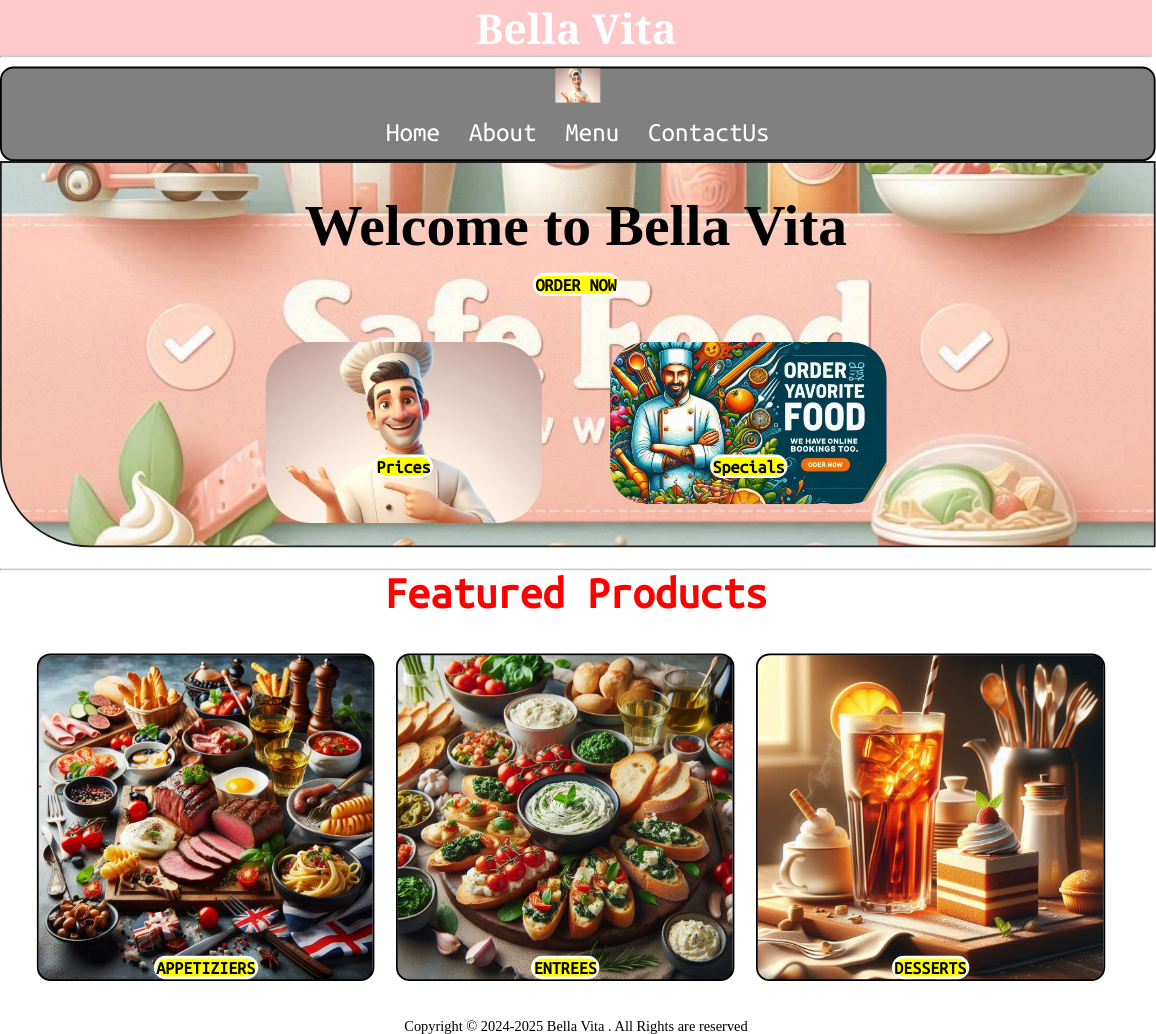
Repository: S12ahana/Food-Ordering-Website
Page: project1/index.html
These files come from the project's save history. The page is drawn as it stood at one moment and after the next save; the edit follows.
The browser window is 1280 px wide. The page is 1284 px wide, so the pictures cover 1284 px, including what lies to the right of the window. The pictures show the whole page, at 90% of full size.

Above is the page before, as saved 2025-07-30 18:36:47.

### project1/index.html
<!DOCTYPE html>
<html lang="en">

<head>
    <meta charset="UTF-8">
    <meta name="viewport" content="width=device-width, initial-scale=1.0">
    <link rel="stylesheet" href="style.css">
    <link
        href="https://fonts.googleapis.com/css2?family=Ubuntu+Mono&display=swap"
        rel="stylesheet">
</head>

<body>
    <header>
        <h1 id="top">Bella Vita</h1>

    </header>
    <hr>
    <nav id="navbar">
        <img src="chef.jpg">
        <ul id="navcontent">
            <li><a href="#">Home</a></li>
            <li><a href="About.html">About</a></li>
            <li><a href="Menu.html">Menu</a></li>
            <li><a href="contact.html">ContactUs</a></li>
        </ul>
    </nav>
    <div id="container1">
        <div id="row1">
            Welcome to Bella Vita
        </div>
        <button class="btn">ORDER NOW</button>
        <div id="container3">
            <div id="row2">
                <button class="btn">Prices</button>
            </div>
            <div id="row3">
                <button class="btn">Specials</button>
            </div>
        </div>
    </div>
    <hr>
    <h1 id="top3">Featured Products</h1>
    <div id="container4">
        <div id="row4">
            <button class="btn">APPETIZIERS</button>
        </div>
        <div id="row5">
            <button class="btn">ENTREES</button>
        </div>
        <div id="row6">
            <button class="btn">DESSERTS</button>
        </div>
    </div>
    <footer>Copyright © 2024-2025 Bella Vita .
        All Rights are reserved</footer>
</body>

</html>

### project1/style.css

* {
    margin: 0px;
    padding: 0px;
}


#top,top1{
    background-color: #FFC9C9;
    color: white;
    text-align: center;
    font-size: 46px;
    font-family: 'Ubuntu Mono', monospace;
    font-family:Georgia, 'Times New Roman', Times, serif
}



/* Navigation bar styling*/

#navbar img {
    display: block;
    width: 50px;
    height: 50px;
    margin: auto;
    margin-bottom: 3px;
}


#navbar {
    display: flex;
    flex-direction: column;
    background-color: gray;
    height: 14vh;
    width: 100vw;
    font-family: 'Ubuntu Mono', monospace;
    margin-top: 10px;
    border: 2px solid black;
    border-radius: 15px;
}


#navcontent {
    display: flex;
    justify-content: center;
    font-size: 30px;
}


ul li {
    list-style: none;
    margin: 15px;
    border-radius: 20px;
}

ul li a {
    padding: 1px;
    color: white;
    text-decoration: none;
    border-radius: 10px;
}

ul li a:hover {
    background-color: red;
    border-radius: 10px;
}


#container1 {
    position: relative;
    display: flex;
    flex-direction: column;
    align-items: center;
    width: 100vw;
    height: 63vh;
}


#container1::before {
    content: '';
    background: url("safe.jpg") no-repeat center center/cover;
    width: 100vw;
    height: 59vh;
    position: absolute;
    top: 0px;
    left: 0px;
    font-family: 'Ubuntu Mono', monospace;
    margin-right: 45px;
    font-weight: bold;
    z-index: -1;
    opacity: 0.89;
    border: 2px solid black;
    border-bottom-left-radius: 100px;
}

#row1 {
    color: black;
    font-weight: bold;
    font-size: 4rem;
    text-align: center;
    margin-top: 35px;
}

.btn {
    margin-top: 15px;
    border: 3px solid white;
    border-radius: 15px;
    background-color: yellow;
    font-size: 20px;
    font-weight: bold;
    font-family: 'Ubuntu Mono', monospace;
}

.btn:hover {
    cursor: pointer;
    background-color: red;
}

#container3 {
    display: flex;
    justify-content: space-evenly;
}

#row2 {
    width: 24vw;
    height: 21vh;
    /* box-shadow: 2px 7px 16px 19px; */
    margin-top: 51px;
    margin-bottom: 51px;
    display: flex;
    justify-content: center;
    align-items: flex-end;
    position: relative;
    margin-right: 38px;
    border-radius: 40px;
}

#row2::before {
    content: '';
    background: url('chef.jpg') no-repeat center center/cover;
    position: absolute;
    top: 0px;
    left: 0px;
    width: 24vw;
    height: 28vh;
    z-index: -1;
    border-radius: 50px;
}

#row3 {
    position: relative;
    width: 24vw;
    height: 21vh;
    display: flex;
    justify-content: center;
    align-items: flex-end;
    /* box-shadow: 2px 8px 16px 19px; */
    margin-top: 51px;
    margin-bottom: 51px;

    margin-left: 38px;
    border-radius: 40px;
}

#row3::before {
    content: '';
    background: url('order.jpg') no-repeat center center/cover;
    position: absolute;
    top: 0px;
    left: 0px;
    width: 24vw;
    height: 25vh;
    z-index: -1;
    border-radius: 40px;
}

#top3 {
    font-size: 50px;
    text-align: center;
    color: red;
    font-family: 'Ubuntu Mono', monospace;
}

#container4 {
    display: grid;
    grid-template-columns: repeat(auto-fit, minmax(350px, 1fr));
    margin: 41px;
}

#row4 {
    width: 29vw;
    height: 360px;
    border: 2px solid black;
    background: url('stake.jpg') no-repeat center center/cover;
    display: flex;
    justify-content: center;
    align-items: flex-end;
    border-radius: 15px;
}

#row5 {
    width: 29vw;
    height: 360px;
    border: 2px solid black;
    background: url('bread.jpg') no-repeat center center/cover;
    display: flex;
    justify-content: center;
    align-items: flex-end;
    border-radius: 15px;
}

#row6 {
    width: 30vw;
    height: 360px;
    border: 2px solid black;
    background: url('drinks.jpg') no-repeat center center/cover;
    display: flex;
    justify-content: center;
    align-items: flex-end;
    border-radius: 15px;
}


footer {
    text-align: center;
}


#ContactUs {
    width: 100vw;
    height: 100vh;
    display: flex;
    flex-direction: column;
    align-items: center;
    background-image: linear-gradient(pink,rgb(152,152,239));
}

.form-shape input,
.form-shape select,
.form-shape textarea {
    width: 92%;
    padding: 0.5rem;
}


::placeholder {
    color: gray;
}


@media only screen and (max-width:1131px) {
    #row4 {
        width: 42vw;
    }

    #row5 {
        width: 45vw;
    }

    #row6 {
        margin-top: 20px;
        width: 90vw;
    }
}

@media only screen and (min-width:600px) and (max-width:781px) {
    #row4 {
        width: 84vw;
        margin: auto;
        margin-left: 22px;
    }

    #row5 {

        width: 84vw;
        margin: auto;
        margin-top: 20px;
        margin-left: 22px;
    }

    #row6 {
        width: 84vw;
        margin: auto;
        margin-top: 20px;
        margin-left: 22px;
    }
}

@media only screen and (max-width:600px) {
    #row4 {
        width: 78vw;
        margin: auto;
        margin-left: 3px;
    }

    #row5 {

        width: 78vw;
        margin: auto;
        margin-top: 20px;
        margin-left: 3px;
    }

    #row6 {
        width: 78vw;
        margin: auto;
        margin-top: 20px;
        margin-left: 3px;
    }
}

@media only screen and (min-height:1000px) {
    #navbar {
        height: 10vh;
    }

    #container1::before {
        height: 39vh;
    }

    #container1 {
        height: 44vh
    }
}

After the next save:
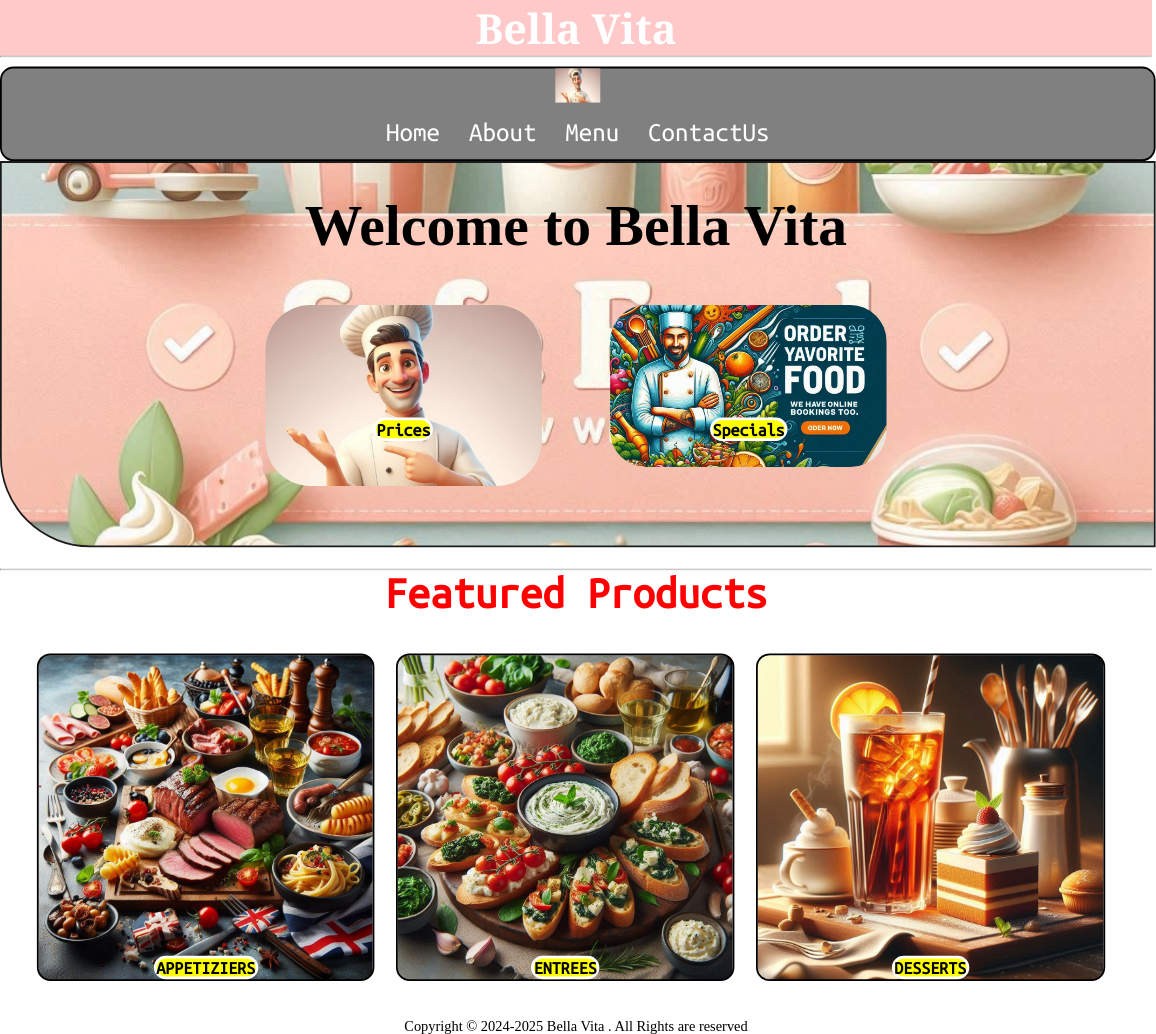
Saved 11 s later.
--- a/project1/index.html
+++ b/project1/index.html
@@ -29,7 +29,7 @@
         <div id="row1">
             Welcome to Bella Vita
         </div>
-        <button class="btn">ORDER NOW</button>
+
         <div id="container3">
             <div id="row2">
                 <button class="btn">Prices</button>
